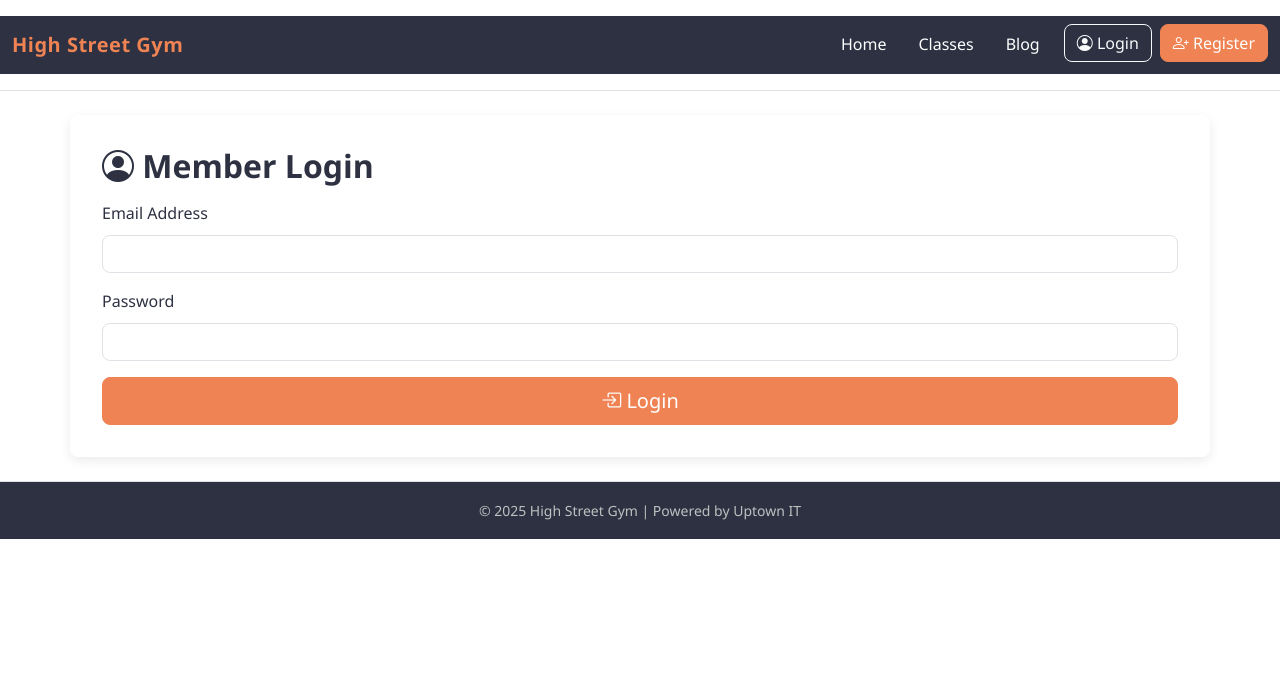
Repository: HBDSolutions/highstreetgym
Page: http://localhost/highstreetgym/controllers/login.php
These files come from the project's save history. The page is drawn as it stood at one moment and after the next save; the edit follows.
The browser window is 1280 px wide. The pictures show the whole page.
The page is run by PHP 8.4 with error messages shown; the project is at /var/www/html/.

Above is the page before, as saved 2025-10-29 16:49:43.

### controllers/login.php
<?php

// LOGIN CONTROLLER

// Include base controller
require_once __DIR__ . '/basecontroller.php';

// Include page-specific models
require_once __DIR__ . '/../models/user_functions.php';

// Process login submission
if ($_SERVER['REQUEST_METHOD'] === 'POST') {
    $email = $_POST['email'] ?? '';
    $password = $_POST['password'] ?? '';
    $redirect = $_POST['redirect'] ?? 'index.php';

    // Call model function for authentication
    $result = login_user($conn, $email, $password);

    if ($result['success']) {
        // Set session variables
        $_SESSION['user_id'] = $result['user']['user_id'];
        $_SESSION['user_email'] = $result['user']['email'];
        $_SESSION['user_name'] = $result['user']['first_name'] . ' ' . $result['user']['last_name'];
        $_SESSION['user_type'] = $result['user']['user_type'];
        $_SESSION['logged_in'] = true;

        // Redirect to destination
        header('Location: ../' . $redirect);
        exit;
    } else {
        // Store error for display
        $loginError = $result['message'];
    }
}

// Get session messages
$successMessage = $_SESSION['success_message'] ?? null;
unset($_SESSION['success_message']);

// Prepare flags
$showErrorAlert = isset($loginError) && !empty($loginError);
$showSuccessAlert = isset($successMessage) && !empty($successMessage);
$showCardWrapper = true;
$showRegisterLink = true;

// Prepare data for view
$errorMessage = $loginError ?? '';
$successMessageText = $successMessage ?? '';
$formAction = 'controllers/login.php';
$previousEmail = $_POST['email'] ?? '';
$redirectUrl = $_GET['redirect'] ?? '';

// Get info message
$infoMessage = '';
$showInfoAlert = false;
if (isset($_GET['msg'])) {
    $showInfoAlert = true;
    switch ($_GET['msg']) {
        case 'session_expired':
            $infoMessage = 'Your session has expired. Please login again.';
            break;
        case 'login_required':
            $infoMessage = 'Please login to access this page.';
            break;
        default:
            $showInfoAlert = false;
    }
}

// Prepare view
$title = 'Login - High Street Gym';
$view = __DIR__ . '/../views/partials/forms/login_form.php';

// Load template
include __DIR__ . '/../views/layouts/base.php';
?>

### controllers/basecontroller.php
<?php

// BASE CONTROLLER
// Sets up common variables for ALL views
// Include this at the top of every page controller

// Start session if not already started
if (session_status() === PHP_SESSION_NONE) {
    session_start();
}

// Include dependencies
require_once __DIR__ . '/../models/database.php';
require_once __DIR__ . '/../models/user_functions.php';

// SESSION & USER STATE

// Get user authentication state
$isLoggedIn = isset($_SESSION['logged_in']) && $_SESSION['logged_in'] === true;
$userType = $_SESSION['user_type'] ?? null;
$userName = $_SESSION['user_name'] ?? 'Guest';
$userId = $_SESSION['user_id'] ?? null;

// NAVIGATION FLAGS

// Determine what to show in navigation
$showAdminMenu = $isLoggedIn && $userType === 'admin';
$showMemberMenu = $isLoggedIn;
$showLoginButton = !$isLoggedIn;
$showRegisterButton = !$isLoggedIn;

// LOGIN MODAL SETUP

// Get modal-specific error from session
$modalLoginError = $_SESSION['modal_login_error'] ?? null;
unset($_SESSION['modal_login_error']);

// Prepare flags for login form in modal
$showModalLoginError = !empty($modalLoginError);
$showLoginModal = $showModalLoginError; // Auto-show modal if error exists

// Login form configuration for modal
$loginModal_showErrorAlert = !empty($modalLoginError);
$loginModal_errorMessage = $modalLoginError ?? '';
$loginModal_showSuccessAlert = false;
$loginModal_showInfoAlert = false;
$loginModal_infoMessage = '';
$loginModal_successMessageText = '';
$loginModal_showCardWrapper = false;
$loginModal_showRegisterLink = false;
$loginModal_formAction = 'controllers/authcontroller.php';
$loginModal_previousEmail = '';
$loginModal_redirectUrl = '';

// ACTIVE NAVIGATION HELPER

// Get current path for navigation highlighting
$currentPath = parse_url($_SERVER['REQUEST_URI'] ?? '/', PHP_URL_PATH) ?: '/';

/**
 * Helper function to determine if navigation item is active
 * @param string $needle The path to check
 * @return string 'active' or empty string
 */
function is_active($needle) {
    global $currentPath;
    return str_ends_with($currentPath, $needle) ? 'active' : '';
}

// COMMON VIEW VARIABLES

// Page title
$pageTitle = $pageTitle ?? 'High Street Gym';

?>

### models/database.php
<?php

//database connection details
$servername = "localhost";
$username = "connect_hsg";
$password = "HighStreetGym1!";
$database = "highstreetgym";

//connect to the database
try {
	//connect to the database
	$conn = new PDO("mysql:host=$servername;dbname=$database", $username,	$password);
	//set the PDO error mode to exception
	$conn->setAttribute(PDO::ATTR_ERRMODE, PDO::ERRMODE_EXCEPTION);
}
catch (PDOException $e) {
    die("Database connection failed: " . $e->getMessage());
}

?>

### views/layouts/base.php
<?php

// BASE LAYOUT TEMPLATE

?>
<!DOCTYPE html>

<html lang="en">
    <head>
        <meta charset="UTF-8">
        <meta name="viewport" content="width=device-width, initial-scale=1.0">
        <title><?= htmlspecialchars($title ?? 'High Street Gym') ?></title>

        <!-- Bootstrap 5 CSS -->
        <link href="https://cdn.jsdelivr.net/npm/bootstrap@5.3.3/dist/css/bootstrap.min.css"
                rel="stylesheet"
                integrity="sha384-QWTKZyjpPEjISv5WaRU9OFeRpok6YctnYmDr5pNlyT2bRjXh0JMhjY6hW+ALEwIH"
                crossorigin="anonymous">

        <!-- Bootstrap Icons -->
        <link rel="stylesheet"
                href="https://cdn.jsdelivr.net/npm/bootstrap-icons@1.11.3/font/bootstrap-icons.min.css">

        <!-- All paths relative to /highstreetgym/ -->
        <base href="/highstreetgym/">

        <!-- Local stylesheet -->
        <link rel="stylesheet" href="/highstreetgym/assets/css/style.css">

        <!-- Bootstrap JS bundle -->
        <script src="https://cdn.jsdelivr.net/npm/bootstrap@5.3.3/dist/js/bootstrap.bundle.min.js"
                integrity="sha384-YvpcrYf0tY3lHB60NNkmXc5s9fDVZLESaAA55NDzOxhy9GkcIdslK1eN7N6jIeHz"
                crossorigin="anonymous"></script>
    </head>

    <body>
        <?php include __DIR__ . '/../partials/header.php'; ?>

        <main class="container my-4">
            <?php if (!empty($view)) include $view; ?>
        </main>

        <?php include __DIR__ . '/../partials/footer.php'; ?>
    </body>

</html>

### views/partials/header.php
<?php
?>

<header class="py-3 mb-3 border-bottom">
  <?php include __DIR__ . '/nav.php'; ?>
</header>

### views/partials/nav.php
<?php

// NAVIGATION BAR

// Ensure session is started before accessing $_SESSION
if (session_status() === PHP_SESSION_NONE) {
    session_start();
}

// Prepare modal variables for login modal

// Get modal-specific error from session
$modalLoginError = $_SESSION['modal_login_error'] ?? null;
unset($_SESSION['modal_login_error']);
$isLoggedIn = $isLoggedIn ?? ($_SESSION['is_logged_in'] ?? false);
$userType = $userType ?? ($_SESSION['user_type'] ?? null);
$userName = $userName ?? ($_SESSION['user_name'] ?? ($_SESSION['user']['name'] ?? 'Guest'));

// Prepare flags for login form in modal
$showErrorAlert = !empty($modalLoginError);
$errorMessage = $modalLoginError ?? '';
$showSuccessAlert = false;
$showInfoAlert = false;
$infoMessage = '';
$successMessageText = '';
$showCardWrapper = false;
$showRegisterLink = false;
$formAction = 'controllers/authcontroller.php';
$previousEmail = '';
$redirectUrl = '';
?>

<nav class="navbar navbar-expand-lg navbar-dark bg-dark">
    <div class="container-fluid">
        <a class="navbar-brand" href="index.php">High Street Gym</a>

        <button class="navbar-toggler" type="button" data-bs-toggle="collapse" data-bs-target="#navbarNav">
            <span class="navbar-toggler-icon"></span>
        </button>

        <div class="collapse navbar-collapse" id="navbarNav">
            <ul class="navbar-nav ms-auto">
                <li class="nav-item">
                    <a class="nav-link" href="index.php">Home</a>
                </li>
                <li class="nav-item">
                    <a class="nav-link" href="controllers/classes.php">Classes</a>
                </li>
                <li class="nav-item">
                    <a class="nav-link" href="controllers/blog.php">Blog</a>
                </li>

                <?php if ($isLoggedIn): ?>
                    <!-- Logged In User Menu -->
                    <li class="nav-item">
                        <a class="nav-link" href="controllers/mybookings.php">
                            <i class="bi bi-calendar-check"></i> My Bookings
                        </a>
                    </li>

                    <!-- Admin Menu -->
                    <?php if ($userType === 'admin'): ?>
                        <li class="nav-item dropdown">
                            <a class="nav-link dropdown-toggle" href="#" id="adminDropdown" role="button" data-bs-toggle="dropdown" aria-expanded="false">
                                <i class="bi bi-gear"></i> Admin
                            </a>
                            <ul class="dropdown-menu" aria-labelledby="adminDropdown">
                                <li><a class="dropdown-item" href="controllers/admin/users.php">Manage Users</a></li>
                                <li><a class="dropdown-item" href="controllers/admin/classes.php">Manage Classes</a></li>
                                <li><a class="dropdown-item" href="controllers/admin/trainers.php">Manage Trainers</a></li>
                            </ul>
                        </li>
                    <?php endif; ?>

                    <li class="nav-item">
                        <span class="nav-link text-white">
                            <i class="bi bi-person-circle"></i> Hello, <?= htmlspecialchars($userName) ?>
                        </span>
                    </li>
                    <li class="nav-item">
                        <a class="nav-link" href="controllers/logout.php">
                            <i class="bi bi-box-arrow-right"></i> Logout
                        </a>
                    </li>
                <?php else: ?>
                    <!-- Not Logged In Menu -->
                    <li class="nav-item">
                        <button type="button" class="btn btn-outline-light" data-bs-toggle="modal" data-bs-target="#loginModal">
                            <i class="bi bi-person-circle"></i> Login
                        </button>
                    </li>
                    <li class="nav-item ms-2">
                        <a href="controllers/register.php" class="btn btn-primary">
                            <i class="bi bi-person-plus"></i> Register
                        </a>
                    </li>
                <?php endif; ?>
            </ul>
        </div>
    </div>
</nav>

<!-- Login Modal if not logged in -->
<?php if (!$isLoggedIn): ?>
  <div class="modal fade" id="loginModal" tabindex="-1" aria-labelledby="loginModalLabel" aria-hidden="true">
      <div class="modal-dialog modal-dialog-centered">
          <div class="modal-content">
              <div class="modal-header">
                  <h5 class="modal-title" id="loginModalLabel">
                      <i class="bi bi-person-circle"></i> Member Login
                  </h5>
                  <button type="button" class="btn-close" data-bs-dismiss="modal" aria-label="Close"></button>
              </div>
              <div class="modal-body">
                  <?php include __DIR__ . '/forms/login_form.php'; ?>
              </div>
              <div class="modal-footer">
                  <small class="text-muted">
                      Don't have an account? <a href="controllers/register.php">Register here</a>
                  </small>
              </div>
          </div>
      </div>
  </div>

  <!-- Show modal if login error -->
  <?php if ($showErrorAlert): ?>
  <script>
      document.addEventListener('DOMContentLoaded', function() {
          var loginModal = new bootstrap.Modal(document.getElementById('loginModal'));
          loginModal.show();
      });
  </script>
  <?php endif; ?>
<?php endif; ?>

### views/partials/forms/login_form.php
<?php

// LOGIN FORM

    if ($showCardWrapper): ?>
    <div class="row justify-content-center">
        <div class="col-md-6 col-lg-5">
            <div class="card shadow-sm">
                <div class="card-body p-4">
    <?php endif;
?>

<h2 class="<?= $showCardWrapper ? 'card-title text-center mb-4' : 'mb-3' ?>">
    <i class="bi bi-person-circle"></i> Member Login
</h2>

<!-- Success Alert -->
<?php if ($showSuccessAlert): ?>
    <div class="alert alert-success alert-dismissible fade show" role="alert">
        <i class="bi bi-check-circle"></i> <?= htmlspecialchars($successMessageText) ?>
        <button type="button" class="btn-close" data-bs-dismiss="alert" aria-label="Close"></button>
    </div>
<?php endif; ?>

<!-- Error Alert -->
<?php if ($showErrorAlert): ?>
    <div class="alert alert-danger alert-dismissible fade show" role="alert">
        <i class="bi bi-exclamation-triangle"></i> <?= htmlspecialchars($errorMessage) ?>
        <button type="button" class="btn-close" data-bs-dismiss="alert" aria-label="Close"></button>
    </div>
<?php endif; ?>

<!-- Info Alert -->
<?php if ($showInfoAlert): ?>
    <div class="alert alert-info alert-dismissible fade show" role="alert">
        <i class="bi bi-info-circle"></i> <?= htmlspecialchars($infoMessage) ?>
        <button type="button" class="btn-close" data-bs-dismiss="alert" aria-label="Close"></button>
    </div>
<?php endif; ?>

<!-- Login Form -->
<form method="POST" action="<?= htmlspecialchars($formAction) ?>" id="loginForm" novalidate>
    <div class="mb-3">
        <label for="email" class="form-label">Email Address</label>
        <input type="email"
                class="form-control"
                id="email"
                name="email"
                value="<?= htmlspecialchars($previousEmail) ?>"
                required
                autocomplete="email">
        <div class="invalid-feedback">Please enter a valid email address.</div>
    </div>

    <div class="mb-3">
        <label for="password" class="form-label">Password</label>
        <input type="password"
                class="form-control"
                id="password"
                name="password"
                required
                autocomplete="current-password">
        <div class="invalid-feedback">Please enter your password.</div>
    </div>

    <!-- Hidden redirect parameter -->
    <?php if ($redirectUrl): ?>
        <input type="hidden" name="redirect" value="<?= htmlspecialchars($redirectUrl) ?>">
    <?php endif; ?>

    <!-- Action identifier -->
    <input type="hidden" name="action" value="login">

    <div class="d-grid">
        <button type="submit" class="btn btn-primary btn-lg">
            <i class="bi bi-box-arrow-in-right"></i> Login
        </button>
    </div>
</form>

<!-- Register Link -->
<?php if ($showRegisterLink): ?>
    <div class="text-center mt-4">
        <p class="mb-0">Don't have an account?
            <a href="controllers/register.php" class="text-decoration-none">Register here</a>
        </p>
    </div>
<?php endif; ?>

<?php if ($showCardWrapper): ?>
            </div>
        </div>
    </div>
</div>
<?php endif; ?>

<!-- CLIENT-SIDE VALIDATION -->
<script>
    (function() {
        'use strict';

        const form = document.getElementById('loginForm');

        if (form) {
            form.addEventListener('submit', function(event) {
                if (!form.checkValidity()) {
                    event.preventDefault();
                    event.stopPropagation();
                }
                form.classList.add('was-validated');
            }, false);
        }
    })();
</script>

### views/partials/footer.php
<footer class="text-center text-muted py-3 border-top">
  <small>&copy; <?= date('Y') ?> High Street Gym | Powered by Uptown IT</small>
</footer>

### assets/css/style.css
/* === High Street Gym Custom Theme === */
:root {
  /* Base brand palette */
  --hsg-primary:   #EF8354;
  --hsg-secondary: #4F5D75;
  --hsg-muted:     #BFC0C0;
  --hsg-dark:      #2D3142;
  --hsg-light:     #FFFFFF;

  /* Bootstrap variable overrides */
  --bs-body-bg: var(--hsg-light);
  --bs-body-color: var(--hsg-dark);
  --bs-primary: var(--hsg-primary);
  --bs-secondary: var(--hsg-secondary);
  --bs-success: #2ECC71;
  --bs-danger:  #E74C3C;
  --bs-warning: #F1C40F;
  --bs-info:    #3498DB;
  --bs-border-radius: .5rem;
  --bs-font-sans-serif: "Segoe UI", Roboto, "Helvetica Neue", Arial, sans-serif;
}

/* === Global layout === */
body {
  background-color: var(--bs-body-bg);
  color: var(--bs-body-color);
  line-height: 1.6;
}

h1, h2, h3, h4 {
  font-weight: 600;
  color: var(--hsg-dark);
}

/* === Navbar === */
.navbar {
  background-color: var(--hsg-dark) !important;
}
.navbar .navbar-brand {
  color: var(--hsg-primary) !important;
  font-weight: 700;
  letter-spacing: .5px;
}
.navbar .nav-link {
  color: var(--hsg-light) !important;
  margin-right: 1rem;
  transition: color .2s ease-in-out;
}
.navbar .nav-link:hover,
.navbar .nav-link.active {
  color: var(--hsg-primary) !important;
  text-decoration: underline;
}

/* === Main container card === */
main.container {
  background: var(--hsg-light);
  padding: 2rem;
  border-radius: var(--bs-border-radius);
  box-shadow: 0 4px 12px rgba(0,0,0,0.08);
}

/* === Buttons === */
.btn-primary {
  background-color: var(--hsg-primary);
  border-color: var(--hsg-primary);
}
.btn-primary:hover {
  background-color: var(--hsg-secondary);
  border-color: var(--hsg-secondary);
}

/* === Tables === */
.table {
  color: var(--hsg-dark);
  border-color: var(--hsg-muted);
}
.table thead {
  background-color: var(--hsg-secondary);
  color: var(--hsg-light);
}
.table-striped tbody tr:nth-of-type(odd) {
  background-color: #f8f9fa;
}

/* === Footer === */
footer {
  background-color: var(--hsg-dark);
  color: var(--hsg-light);
  text-align: center;
  padding: 1rem 0;
}
footer small {
  color: var(--hsg-muted);
}

/* === Utility tweaks === */
a { color: var(--hsg-primary); }
a:hover { color: var(--hsg-secondary); }

.list-group-item {
  border: none;
  border-bottom: 1px solid var(--hsg-muted);
}

Loaded but not shown: models/user_functions.php (275 lines, source omitted)

After the next save:
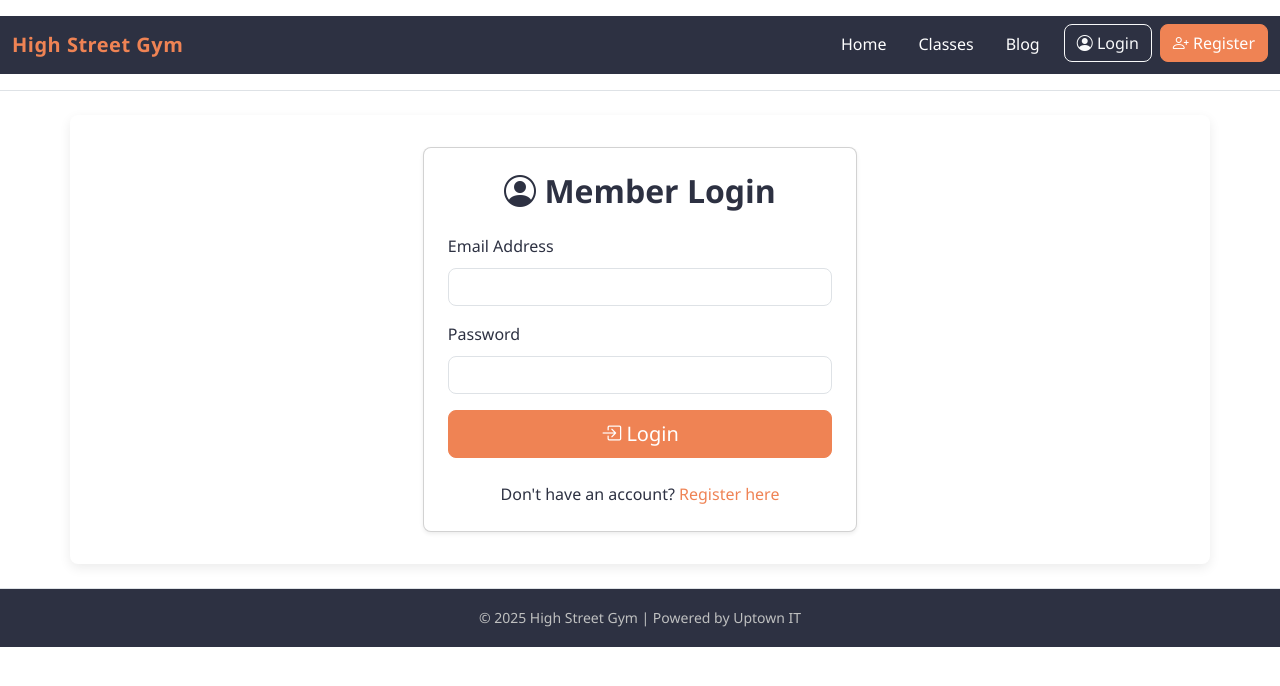
Saved 45 s later.
--- a/views/partials/nav.php
+++ b/views/partials/nav.php
@@ -1,35 +1,3 @@
-<?php
-
-// NAVIGATION BAR
-
-// Ensure session is started before accessing $_SESSION
-if (session_status() === PHP_SESSION_NONE) {
-    session_start();
-}
-
-// Prepare modal variables for login modal
-
-// Get modal-specific error from session
-$modalLoginError = $_SESSION['modal_login_error'] ?? null;
-unset($_SESSION['modal_login_error']);
-$isLoggedIn = $isLoggedIn ?? ($_SESSION['is_logged_in'] ?? false);
-$userType = $userType ?? ($_SESSION['user_type'] ?? null);
-$userName = $userName ?? ($_SESSION['user_name'] ?? ($_SESSION['user']['name'] ?? 'Guest'));
-
-// Prepare flags for login form in modal
-$showErrorAlert = !empty($modalLoginError);
-$errorMessage = $modalLoginError ?? '';
-$showSuccessAlert = false;
-$showInfoAlert = false;
-$infoMessage = '';
-$successMessageText = '';
-$showCardWrapper = false;
-$showRegisterLink = false;
-$formAction = 'controllers/authcontroller.php';
-$previousEmail = '';
-$redirectUrl = '';
-?>
-
 <nav class="navbar navbar-expand-lg navbar-dark bg-dark">
     <div class="container-fluid">
         <a class="navbar-brand" href="index.php">High Street Gym</a>
